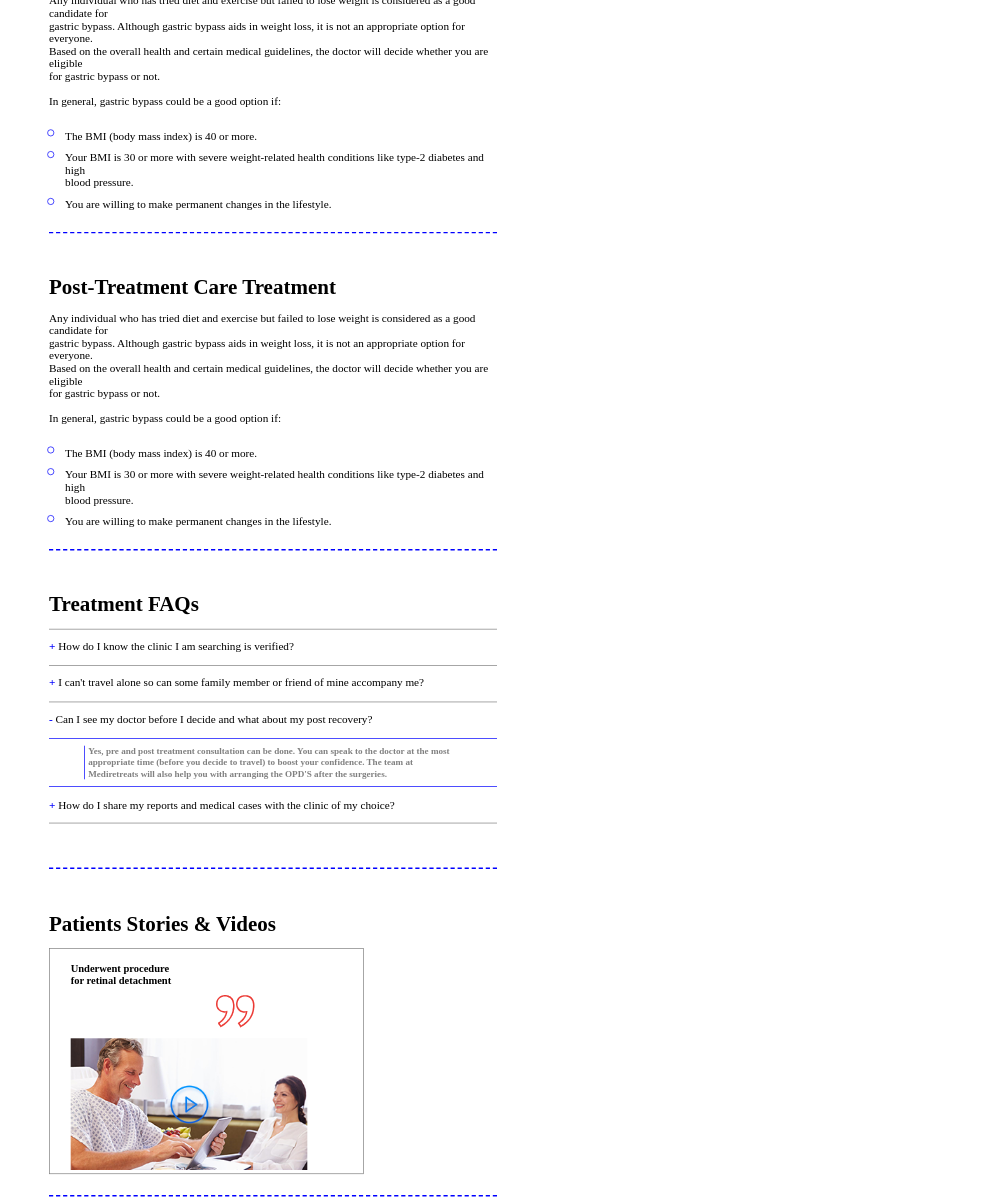
Repository: hetuk2005/webDevelopment
Page: Projects/Aafiya.html
An editor plug-in stored every save of this project. The page is shown before and after the next save, followed by the edit.
The browser window is 1280 px wide. The page is 1438 px wide, so the pictures cover 1438 px, including what lies to the right of the window. The pictures show the part of the page from y = 2815 to 4535 px (the page is 4535 px tall), at 70% of full size.

Above is the page before, as saved 2025-04-08 10:50:06.

### Projects/Aafiya.html
<!DOCTYPE html>
<html lang="en">

<head>
    <meta charset="UTF-8" />
    <meta name="viewport" content="width=device-width, initial-scale=1.0" />
    <title>Hetuk</title>
    <link rel="stylesheet" href="./CSS/Aafiya.css" />
</head>

<body>
    <nav>
        <div class="child1">
            <div class="images">
                <img src="./Images/Aafiya Logo.svg" alt="Aafiya Logo" class="img1" /><br />
                <img src="./Images/Logo 2.png" alt="Logo" class="img2" />
            </div>
            <div class="image_text">
                <div class="book_text">
                    <img src="./Images/Book.svg" alt="Book" class="img3" />
                    <div class="grid">
                        <br />
                        <p class="text">Second Medical Option</p>
                        <p class="text1">Book Consultation</p>
                    </div>
                </div>
                <div class="call_text">
                    <img src="./Images/Call.svg" alt="Call" class="img4" /><br />
                    <div class="grid">
                        <br />
                        <p class="text">Call Us On</p>
                        <p class="text1">985 896 2222</p>
                    </div>
                </div>
                <div class="mail_text">
                    <img src="./Images/Mail.png" alt="Mail" class="img5" />
                    <div class="grid">
                        <br />
                        <p class="text">Email Us On</p>
                        <p class="text1">info@mediretreats.com</p>
                    </div>
                </div>
                <div class="India">
                    <img src="./Images/India.svg" alt="India Flag" class="img6" />
                    <img src="./Images/Dropdown Arrow.svg" alt="Dropdown Arrow" class="img7" />
                </div>
            </div>
        </div>
        <div class="child2">
            <ul>
                <li>Home</li>
                <li>About Us</li>
                <li>Treatments +</li>
                <li>Destinations +</li>
                <li>Hospitals</li>
                <li>FAQs</li>
                <li>Blog</li>
                <li>Request A Quote</li>
            </ul>
            <input type="search" placeholder="Search" />
        </div>
    </nav>
    <div class="home_img">
        <div class="home_child">
            <p class="home_content">Home</p>
            <span> > </span>
            <p class="home_content">Treatments</p>
            <span> > </span>
            <p class="home_content">Orthopaedics</p>
            <span> > </span>
            <p class="home_content">Knee Replacement</p>
        </div>
        <br />
        <h3>Total Knee Replacement</h3>
        <p class="home_description">
            Total knee replacement is a surgery to remove and replace the whole<br /> damaged knee joint with an artificial joint.
        </p>
        <br />
        <button class="enquire_now">Enquire Now</button>
    </div>
    <div class="nav2">
        <ul>
            <li class="list">Overview</li>
            <li>Eligibility</li>
            <li>Preparation</li>
            <li>About Treatment</li>
            <li>Post-Treatment Care</li>
            <li>Recovery Tips</li>
            <li>FAQs</li>
            <li>Patients Stories</li>
        </ul>
    </div>
    <div class="treatment_overview">
        <div class="treatment_text">
            <h3>Treatment Overview</h3>
            <br />
            <p>
                Lorem ipsum dolor sit amet consectetur adipisicing elit.<br /> Earum, culpa vel debitis incidunt non quis.
            </p>
            <br />
            <p>
                Lorem ipsum dolor sit amet consectetur adipisicing elit.<br /> aliquam repudiandae, corporis consectetur dolorem eum.<br /> facilis quasi, praesentium inventore expedita quo hic.
            </p>
            <br />
            <p>
                Lorem ipsum dolor sit amet culpa vel debitis<br /> consectetur, adipisicing elit. Adipisci, nemo.
            </p>
            <br />
        </div>
        <div class="treatment_img">
            <img src="./Images/treatment_overview (1).jpg" alt="Image" />
        </div>
    </div>
    <div class="eligibility_for_treatment">
        <div class="eligibility_text">
            <h3>Eligibility For Treatment</h3>
            <br />
            <p>
                Any individual who has tried diet and exercise but failed to lose weight is considered as a good candidate for<br /> gastric bypass. Although gastric bypass aids in weight loss, it is not an appropriate option for everyone.<br /> Based
                on the overall health and certain medical guidelines, the doctor will decide whether you are eligible<br /> for gastric bypass or not.
            </p>
            <br />
            <p>In general, gastric bypass could be a good option if:</p>
            <br />
            <ul>
                <li>The BMI (body mass index) is 40 or more.</li>
                <li>
                    Your BMI is 30 or more with severe weight-related health conditions like type-2 diabetes and high<br /> blood pressure.
                </li>
                <li>You are willing to make permanent changes in the lifestyle.</li>
            </ul>
        </div>
        <br /><br /><br />
        <div class="eligibility_form">
            <h3>Need Help?</h3>
            <br />
            <p>
                Just let us know. We will be happy to<br /> assist you.
            </p>
            <br /><br />
            <form>
                <input type="text" placeholder="Full Name" /><br /><br />
                <input type="email" placeholder="Email" /><br /><br />
                <input type="tel" placeholder="Phone Number" /><br /><br />
                <input type="textarea" placeholder="Describe Your Treatment Requirement" class="textarea" /><br /><br />
                <button class="Enquiry">Send Enquiry</button>
            </form>
        </div>
    </div>
    <div class="preparation_of_treatment">
        <h3>Preparation Of Treatment</h3>
        <br />
        <p>
            Any individual who has tried diet and exercise but failed to lose weight is considered as a good candidate for<br /> gastric bypass. Although gastric bypass aids in weight loss, it is not an appropriate option for everyone.<br /> Based on
            the overall health and certain medical guidelines, the doctor will decide whether you are eligible<br /> for gastric bypass or not.
        </p>
        <br />
        <p>In general, gastric bypass could be a good option if:</p>
        <br />
        <ul>
            <li>The BMI (body mass index) is 40 or more.</li>
            <li>
                Your BMI is 30 or more with severe weight-related health conditions like type-2 diabetes and high<br /> blood pressure.
            </li>
            <li>You are willing to make permanent changes in the lifestyle.</li>
        </ul>
    </div>
    <div class="about_treatment">
        <h3>About Treatment</h3>
        <br />
        <p>
            Any individual who has tried diet and exercise but failed to lose weight is considered as a good candidate for<br /> gastric bypass. Although gastric bypass aids in weight loss, it is not an appropriate option for everyone.<br /> Based on
            the overall health and certain medical guidelines, the doctor will decide whether you are eligible<br /> for gastric bypass or not.
        </p>
        <br />
        <p>In general, gastric bypass could be a good option if:</p>
        <br />
        <ul>
            <li>The BMI (body mass index) is 40 or more.</li>
            <li>
                Your BMI is 30 or more with severe weight-related health conditions like type-2 diabetes and high<br /> blood pressure.
            </li>
            <li>You are willing to make permanent changes in the lifestyle.</li>
        </ul>
    </div>
    <div class="post_treatment">
        <h3>Post-Treatment Care Treatment</h3>
        <br />
        <p>
            Any individual who has tried diet and exercise but failed to lose weight is considered as a good candidate for<br /> gastric bypass. Although gastric bypass aids in weight loss, it is not an appropriate option for everyone.<br /> Based on
            the overall health and certain medical guidelines, the doctor will decide whether you are eligible<br /> for gastric bypass or not.
        </p>
        <br />
        <p>In general, gastric bypass could be a good option if:</p>
        <br />
        <ul>
            <li>The BMI (body mass index) is 40 or more.</li>
            <li>
                Your BMI is 30 or more with severe weight-related health conditions like type-2 diabetes and high<br /> blood pressure.
            </li>
            <li>You are willing to make permanent changes in the lifestyle.</li>
        </ul>
    </div>
    <div class="treatment_recovery">
        <h3>Post-Treatment Care Treatment</h3>
        <br />
        <p>
            Any individual who has tried diet and exercise but failed to lose weight is considered as a good candidate for<br /> gastric bypass. Although gastric bypass aids in weight loss, it is not an appropriate option for everyone.<br /> Based on
            the overall health and certain medical guidelines, the doctor will decide whether you are eligible<br /> for gastric bypass or not.
        </p>
        <br />
        <p>In general, gastric bypass could be a good option if:</p>
        <br />
        <ul>
            <li>The BMI (body mass index) is 40 or more.</li>
            <li>
                Your BMI is 30 or more with severe weight-related health conditions like type-2 diabetes and high<br /> blood pressure.
            </li>
            <li>You are willing to make permanent changes in the lifestyle.</li>
        </ul>
    </div>
    <div class="treatment_faqs">
        <h3>Treatment FAQs</h3>
        <br />
        <p>How do I know the clinic I am searching is verified?</p>
        <br />
        <p>
            I can't travel alone so can some family member or friend of mine accompany me?
        </p>
        <br />
        <p class="answered">
            Can I see my doctor before I decide and what about my post recovery?
        </p>
        <br />
        <p class="answer">
            <span class="left">
          Yes, pre and post treatment consultation can be done. You can speak to
          the doctor at the most<br />
          appropriate time (before you decide to travel) to boost your
          confidence. The team at<br />
          Mediretreats will also help you with arranging the OPD'S after the
          surgeries.
        </span>
        </p>
        <br />
        <a class="bottom">
        How do I share my reports and medical cases with the clinic of my
        choice?
      </a>
        <br />
    </div>
    <div class="patient_stories">
        <h3>Patients Stories & Videos</h3>
        <br>
        <div class="stories_img">
            <div class="text1">
                <p class="stories_text">Underwent procedure<br> for retinal detachment
                    <br><img src="./Images/Quotes.svg" alt="Quotes" class="quotes"></p>
            </div>
            <img src="./Images/Patient_Stories.png" alt="Image Of Patient" class="patients" />
        </div>
    </div>
</body>

</html>

### Projects/CSS/Aafiya.css
* {
    margin: 0;
    padding: 0;
    box-sizing: border-box;
}

nav {
    width: 100%;
}

.child1 {
    display: flex;
    padding-top: 15px;
    gap: 20px;
    /* height: 50vh; */
    /* border: 1px solid black; */
    justify-content: space-evenly;
    align-items: center;
}

.img3,
.img4,
.img5 {
    height: 60px;
    width: 60px;
    padding-top: 10px;
    object-fit: contain;
}

.book_text,
.call_text,
.mail_text {
    display: flex;
    width: 250px;
    /* border: 1px solid red; */
    justify-content: center;
    padding-bottom: 15px;
}

.grid {
    display: grid;
    text-align: left;
    padding-left: 10px;
}

.img1 {
    height: 70px;
    width: 300px;
    object-fit: contain;
}

.img2 {
    height: 80px;
    width: 70px;
    object-fit: contain;
}

.image_text {
    display: flex;
    gap: 20px;
    padding-right: 50px;
}

.images {
    display: flex;
    gap: 25px;
    padding-left: 50px;
    justify-content: center;
    align-items: center;
}

.text1 {
    font-weight: bolder;
    font-size: 15px;
}

.text {
    font-weight: bold;
    color: gray;
    font-size: 15px;
}

.India {
    display: flex;
    padding-left: 5px;
    justify-content: center;
    gap: 8px;
}

.India>.img6 {
    height: 50px;
    /* width: 50px; */
    padding-top: 10px;
    object-fit: contain;
}

.India>.img7 {
    height: 40px;
    /* width: 40px; */
    padding-top: 23px;
    object-fit: contain;
}

.child2 {
    display: flex;
    padding-top: 10px;
    /* border: 1px solid black; */
    justify-content: space-evenly;
    align-items: center;
    color: white;
    padding-bottom: 10px;
    background-color: rgb(125, 163, 244);
}

.child2>ul {
    list-style-type: none;
    display: flex;
    gap: 60px;
    justify-content: center;
    font-weight: bold;
    align-items: center;
    font-size: larger;
    padding-right: 60px;
}

.child2>input {
    height: 45px;
    background-color: rgb(125, 163, 244);
    width: 200px;
    padding-left: 10px;
    font-weight: bold;
    border: 2px solid black;
}

.child2>input::placeholder {
    color: white;
    text-align: center;
    font-size: large;
    font-weight: bolder;
    opacity: 0.8;
}

.home_img {
    background-image: url(../Images/Main\ Image.jpg);
    background-position: center center;
    background-size: cover;
    background-repeat: no-repeat;
    padding: 80px 0;
    padding-left: 70px;
    position: relative;
    color: white;
}

.home_img>.home_child {
    display: flex;
    gap: 20px;
}

.home_img>.home_child>.home_content,
span {
    font-size: 20px;
    font-weight: bold;
}

.home_img>h3 {
    font-size: 37px;
    font-weight: bolder;
    margin-bottom: 15px;
}

.home_img>.home_description {
    font-size: 19px;
    margin-bottom: 25px;
    font-weight: bold;
}

.home_img>.home_child>span {
    color: red;
}

.home_img>.enquire_now {
    background-color: #1da1f2;
    font-weight: bold;
    color: white;
    font-size: 17px;
    width: 170px;
    height: 40px;
}

.nav2>ul {
    list-style-type: none;
    display: flex;
    gap: 50px;
    padding-left: 60px;
    padding-top: 25px;
    padding-bottom: 20px;
    border-bottom: 2px solid gray;
    font-size: larger;
    font-weight: 300;
}

.nav2>ul>.list:hover {
    text-decoration: underline;
}

.treatment_overview {
    display: flex;
    width: 100%;
    gap: 50px;
    margin-bottom: 10px;
    border-bottom: 2px dashed blue;
    margin-left: 70px;
}

.treatment_overview>.treatment_text {
    padding-top: 67px;
    padding-bottom: 50px;
}

.treatment_overview>.treatment_text>p {
    font-size: 25px;
    padding-bottom: 25px;
}

.treatment_overview>.treatment_text>h3 {
    font-weight: bold;
    font-size: 30px;
}

.treatment_overview>.treatment_img>img {
    height: 480px;
    width: 700px;
    padding-top: 40px;
    padding-bottom: 40px;
    object-fit: contain;
    margin-right: 70px;
}

.eligibility_for_treatment {
    display: flex;
    width: 100%;
    gap: 80px;
    padding-top: 50px;
    margin-left: 70px;
}

.eligibility_for_treatment>.eligibility_text {
    border-bottom: 2px dashed blue;
}

.eligibility_for_treatment>.eligibility_text>h3 {
    font-size: 30px;
    font-weight: bold;
}

.eligibility_for_treatment>.eligibility_text>ul {
    list-style-type: circle;
    padding-left: 23px;
}

.eligibility_for_treatment>.eligibility_text>ul>li::marker {
    color: blue;
    font-size: 30px;
    font-weight: bold;
}

.eligibility_for_treatment>.eligibility_form>h3 {
    font-size: 35px;
    color: blue;
    font-weight: bold;
    font-style: italic;
}

.eligibility_form {
    box-shadow: 0 0 10px rgba(0, 0, 0, 0.4);
    border-radius: 7px;
    padding: 20px;
}

.eligibility_for_treatment>.eligibility_form>p {
    font-size: 20px;
}

.eligibility_for_treatment>.eligibility_form>form>input {
    height: 40px;
    width: 300px;
    gap: 20px;
    border: 2px solid black;
    border-radius: 7px;
}

.eligibility_for_treatment>.eligibility_form>form>input::placeholder {
    color: gray;
    padding-left: 15px;
}

.eligibility_for_treatment>.eligibility_form>form>.textarea {
    height: 100px;
    width: 300px;
    border: 2px solid black;
    border-radius: 7px;
}


/*.eligibility_for_treatment>.eligibility_form>form>.textarea::placeholder {
    padding-bottom: 70px;
}*/

.eligibility_for_treatment>.eligibility_form>form>button {
    background: linear-gradient(to right, #00aaff, #66ccff);
    color: white;
    width: 100%;
    border-radius: 7px;
    border: none;
    height: 45px;
}

.preparation_of_treatment>h3 {
    font-size: 30px;
    font-weight: bold;
}

.preparation_of_treatment {
    border-bottom: 2px dashed blue;
    margin-bottom: 10px;
    padding-bottom: 30px;
    gap: 50px;
    padding-top: 50px;
    margin-left: 70px;
    width: 50%;
}

.preparation_of_treatment>ul {
    list-style-type: circle;
    padding-left: 23px;
}

.preparation_of_treatment>ul>li::marker {
    color: blue;
    font-size: 30px;
    font-weight: bold;
}

.about_treatment {
    border-bottom: 2px dashed blue;
    margin-bottom: 10px;
    padding-bottom: 30px;
    gap: 50px;
    padding-top: 50px;
    margin-left: 70px;
    width: 50%;
}

.about_treatment>ul {
    list-style-type: circle;
    padding-left: 23px;
}

.about_treatment>ul>li::marker {
    color: blue;
    font-size: 30px;
    font-weight: bold;
}

.about_treatment>h3 {
    font-size: 30px;
    font-weight: bold;
}

.post_treatment {
    border-bottom: 2px dashed blue;
    margin-bottom: 10px;
    padding-bottom: 30px;
    gap: 50px;
    padding-top: 50px;
    margin-left: 70px;
    width: 50%;
}

.post_treatment>ul {
    list-style-type: circle;
    padding-left: 23px;
}

.post_treatment>ul>li::marker {
    color: blue;
    font-size: 30px;
    font-weight: bold;
}

.post_treatment>h3 {
    font-size: 30px;
    font-weight: bold;
}

.treatment_recovery {
    border-bottom: 2px dashed blue;
    margin-bottom: 10px;
    padding-bottom: 30px;
    gap: 50px;
    padding-top: 50px;
    margin-left: 70px;
    width: 50%;
}

.treatment_recovery>ul {
    list-style-type: circle;
    padding-left: 23px;
}

.treatment_recovery>ul>li::marker {
    color: blue;
    font-size: 30px;
    font-weight: bold;
}

.treatment_recovery>h3 {
    font-size: 30px;
    font-weight: bold;
}

.treatment_faqs>h3 {
    font-size: 30px;
    font-weight: bold;
}

.treatment_faqs {
    border-bottom: 2px dashed blue;
    padding-bottom: 45px;
    margin-bottom: 11px;
    gap: 50px;
    padding-top: 50px;
    margin-left: 70px;
    width: 50%;
}

.treatment_faqs>p {
    border-top: 1px solid gray;
    padding-top: 15px;
    counter-reset: value;
}

.treatment_faqs>p::before {
    counter-increment: value;
    content: "+  ";
    font-weight: bold;
    color: blue;
}

.treatment_faqs>.answered {
    counter-reset: value;
}

.treatment_faqs>.answered::before {
    counter-increment: value;
    content: "-  ";
    color: blue;
}

.treatment_faqs>.bottom {
    border-bottom: 1px solid gray;
    display: block;
    padding-bottom: 15px;
    counter-reset: value;
}

.treatment_faqs>.bottom::before {
    counter-increment: value;
    content: "+  ";
    font-weight: bold;
    color: blue;
}

.treatment_faqs>.answer {
    border-top: 1px solid blue;
    border-bottom: 1px solid blue;
    padding-left: 50px;
    padding-top: 10px;
    padding-bottom: 10px;
    counter-reset: value;
}

.treatment_faqs>.answer::before {
    counter-increment: value;
    content: "";
    color: blue;
}

.treatment_faqs>.answer>.left {
    border-left: 1px solid blue;
    display: block;
    font-size: small;
    padding-left: 5px;
    color: gray;
}

.patient_stories {
    border-bottom: 2px dashed blue;
    margin-bottom: 10px;
    padding-bottom: 30px;
    gap: 50px;
    padding-top: 50px;
    margin-left: 70px;
    width: 50%;
}

.patient_stories>h3 {
    font-size: 30px;
    font-weight: bold;
}

.patient_stories>.stories_img {
    border: 1px solid gray;
    width: 450px;
    padding-left: 30px;
    padding-top: 20px;
    padding-right: 20px;
}

.patient_stories>.stories_img>.text1 {
    display: flex;
    font-size: 15px;
    font-weight: bold;
    gap: 50px;
}

.patient_stories>.stories_img>.text1>.stories_text>.quotes {
    height: 70px;
    width: 70px;
    margin-right: 100px;
    margin-left: 200px;
    object-fit: contain;
}

.patient_stories>.patients {
    height: 100px;
    width: 100px;
    object-fit: contain;
}

After the next save:
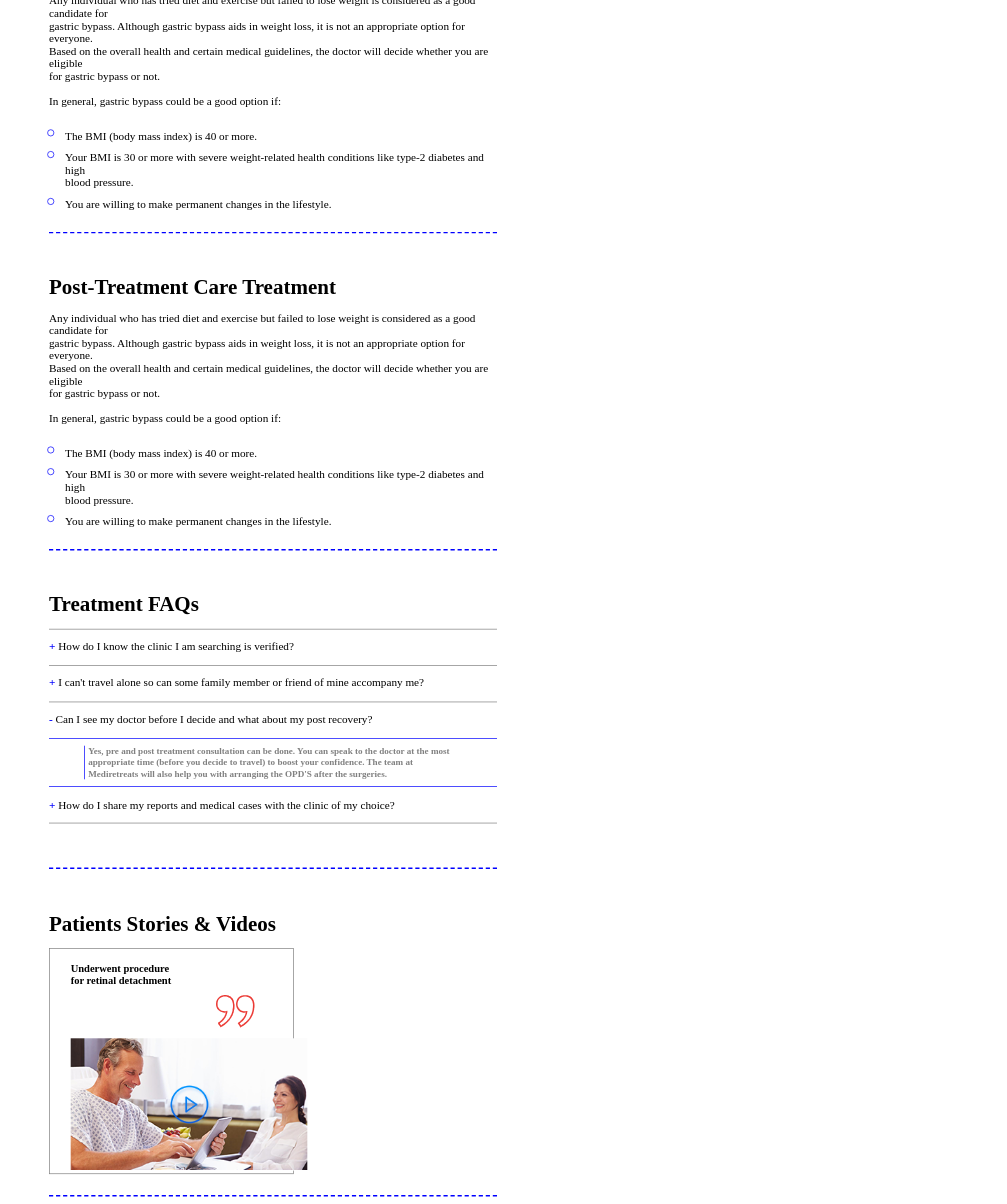
Saved 11 min 51 s later.
--- a/Projects/CSS/Aafiya.css
+++ b/Projects/CSS/Aafiya.css
@@ -511,7 +511,7 @@ span {
 
 .patient_stories>.stories_img {
     border: 1px solid gray;
-    width: 450px;
+    width: 350px;
     padding-left: 30px;
     padding-top: 20px;
     padding-right: 20px;
